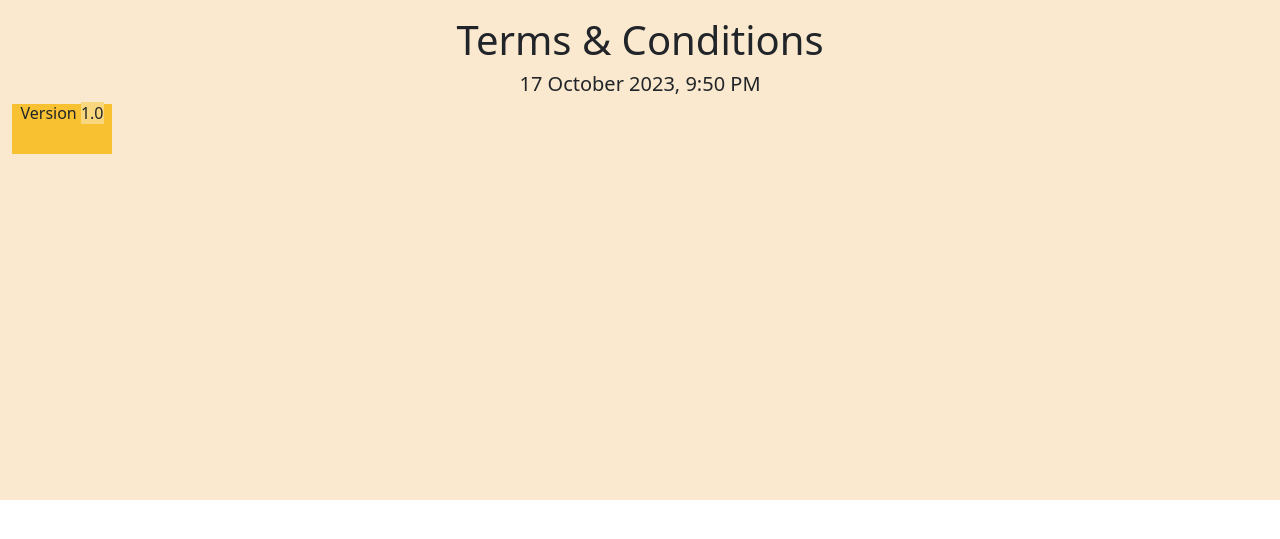
Repository: injectGroup/github.io
Page: terms.html
These files come from the project's save history. The page is drawn as it stood at one moment and after the next save; the edit follows.
The browser window is 1280 px wide. The pictures show the whole page.

Above is the page before, as saved 2023-11-29 14:24:10.

### terms.html
<!doctype html>
<html lang="en">

<head>
    <meta charset="utf-8">
    <meta name="viewport" content="width=device-width, initial-scale=1">
    <title>Bootstrap demo</title>
    <!-- GOULD CUSTOM CSS-->
    <link rel="stylesheet" href="/gouldwalletlegal/css/gouldcustom.css">
    <!--- BOOTSTRAP CDN -->
    <link href="https://cdn.jsdelivr.net/npm/bootstrap@5.3.2/dist/css/bootstrap.min.css" rel="stylesheet"
        integrity="sha384-T3c6CoIi6uLrA9TneNEoa7RxnatzjcDSCmG1MXxSR1GAsXEV/Dwwykc2MPK8M2HN" crossorigin="anonymous">
</head>

<body>
    <!-- Content here -->
    <div class="container-fluid text-center terms-content">
        <div class="row align-items-center">
            <div class="col align-self-center">
                <h1 class="text-center">
                    Terms & Conditions
                </h1>
            </div>
        </div>
        <div class="row align-items-center">
            <h5 class="version-date">
                17 October 2023, 9:50 PM
            </h5>
            <div class="col-sm align-self-center">
                <h6 class="version">
                    Version
                    <span class="version-number">1.0</span>
                </h6>
            </div>

        </div>
    </div>
    <!-- BOOTSTRAP JS-->
    <script src="https://cdn.jsdelivr.net/npm/bootstrap@5.3.2/dist/js/bootstrap.bundle.min.js"
        integrity="sha384-C6RzsynM9kWDrMNeT87bh95OGNyZPhcTNXj1NW7RuBCsyN/o0jlpcV8Qyq46cDfL"
        crossorigin="anonymous"></script>
</body>

</html>

### gouldwalletlegal/css/gouldcustom.css
/*
 *AUTHOR: Abdulkadir Mohammed @ Inject
 *DATE: Wed 29 November 2023
  *
 *This is a custom css for gould wallet.
 */
/*****************************
 *********** HEAD ***********
 *****************************/
.terms-content {
    background-color: #FAE9CE;
    padding: 16px 0px 16px 0px;
    height: 500px;
    width: 100%;
    padding-right: 15px;
    padding-left: 15px;
    margin-right: auto;
    margin-left: auto;
    display: block;
    box-sizing: border-box;
}

.version {
    width: 100px;
    background-color: #F7C132;

    width: 100px !important;
    height: 50px !important;

}

.version-number {
    background-color: #F9D77E;

    width: 50px !important;
    height: 50px !important;
}


/*****************************
  *********** BODY ***********
 *****************************/

/*****************************
 *********** FOOTER ***********
*****************************/

After the next save:
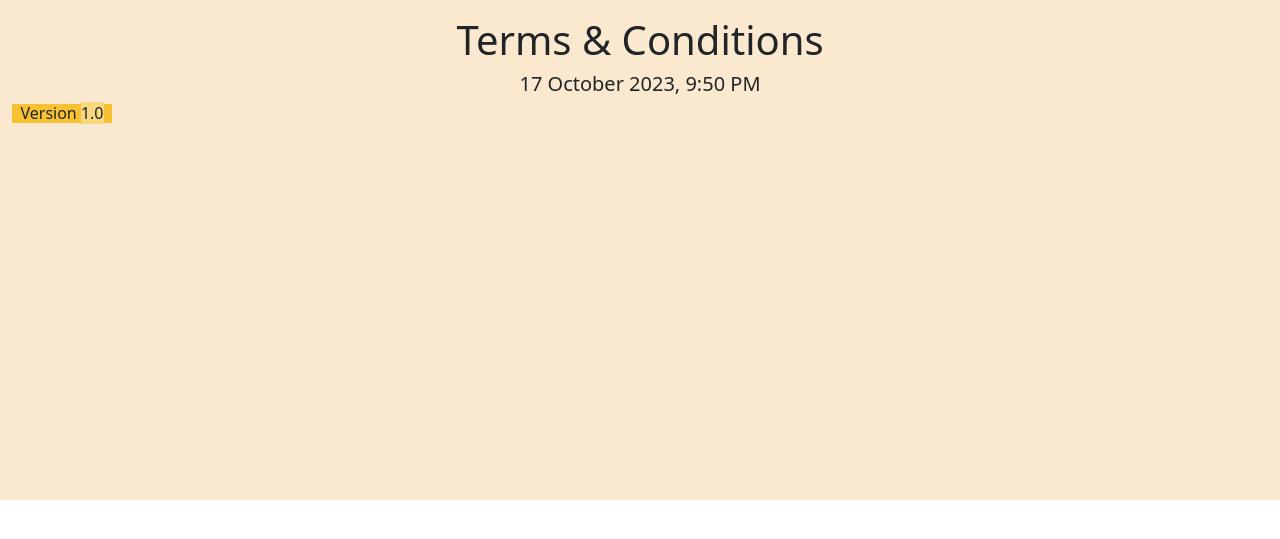
Saved 39 s later.
--- a/gouldwalletlegal/css/gouldcustom.css
+++ b/gouldwalletlegal/css/gouldcustom.css
@@ -24,14 +24,12 @@
     width: 100px;
     background-color: #F7C132;
 
-    width: 100px !important;
-    height: 50px !important;
+
 
 }
 
 .version-number {
     background-color: #F9D77E;
-
     width: 50px !important;
     height: 50px !important;
 }
